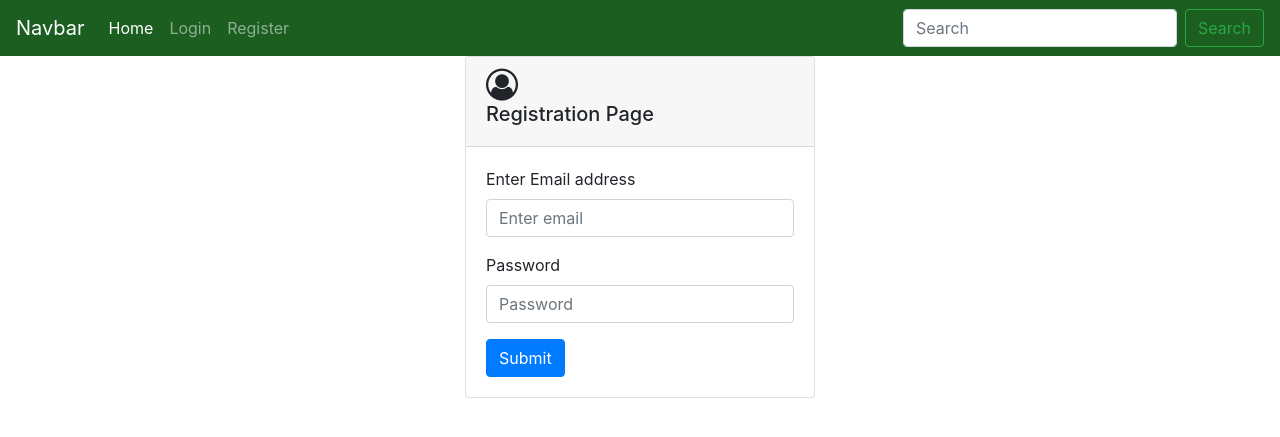
Repository: Chandnim0712/Ecommerce-Spring-Boot-Project
Page: http://localhost/LoginPage/register.jsp
An editor plug-in stored every save of this project. The page is shown before and after the next save, followed by the edit.
The browser window is 1280 px wide. The pictures show the whole page.
The page is served by Tomcat 9.

Above is the page before, as saved 2025-06-11 20:58:28.

After the next save:
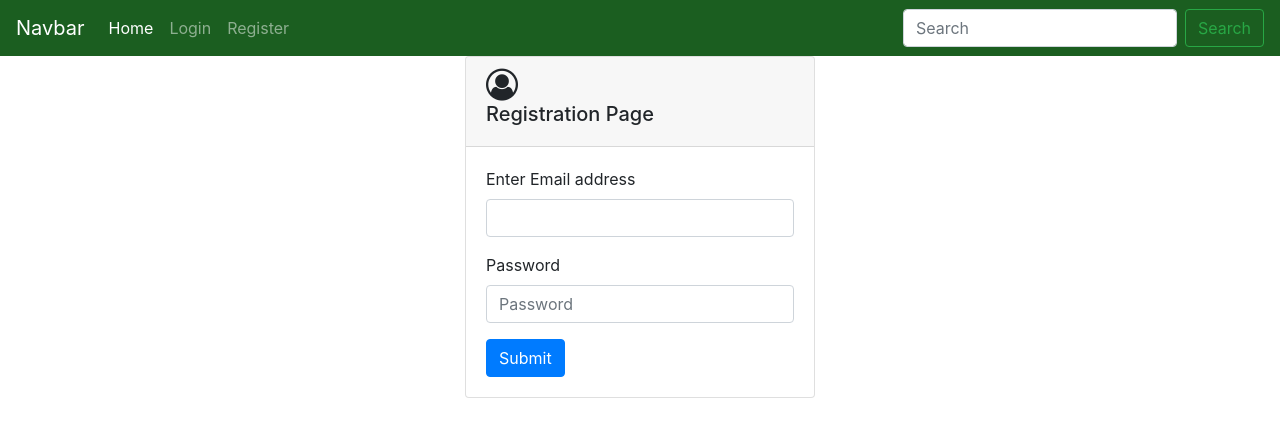
Saved 11 s later.
--- a/LoginPage/src/main/webapp/register.jsp
+++ b/LoginPage/src/main/webapp/register.jsp
@@ -59,7 +59,7 @@
 							<div class="form-group">
 								<label for="exampleInputEmail1">Enter Email address</label> <input
 									type="email" class="form-control" id="exampleInputEmail1"
-									aria-describedby="emailHelp" placeholder="Enter email">
+									aria-describedby="emailHelp">
 
 							</div>
 							<div class="form-group">
